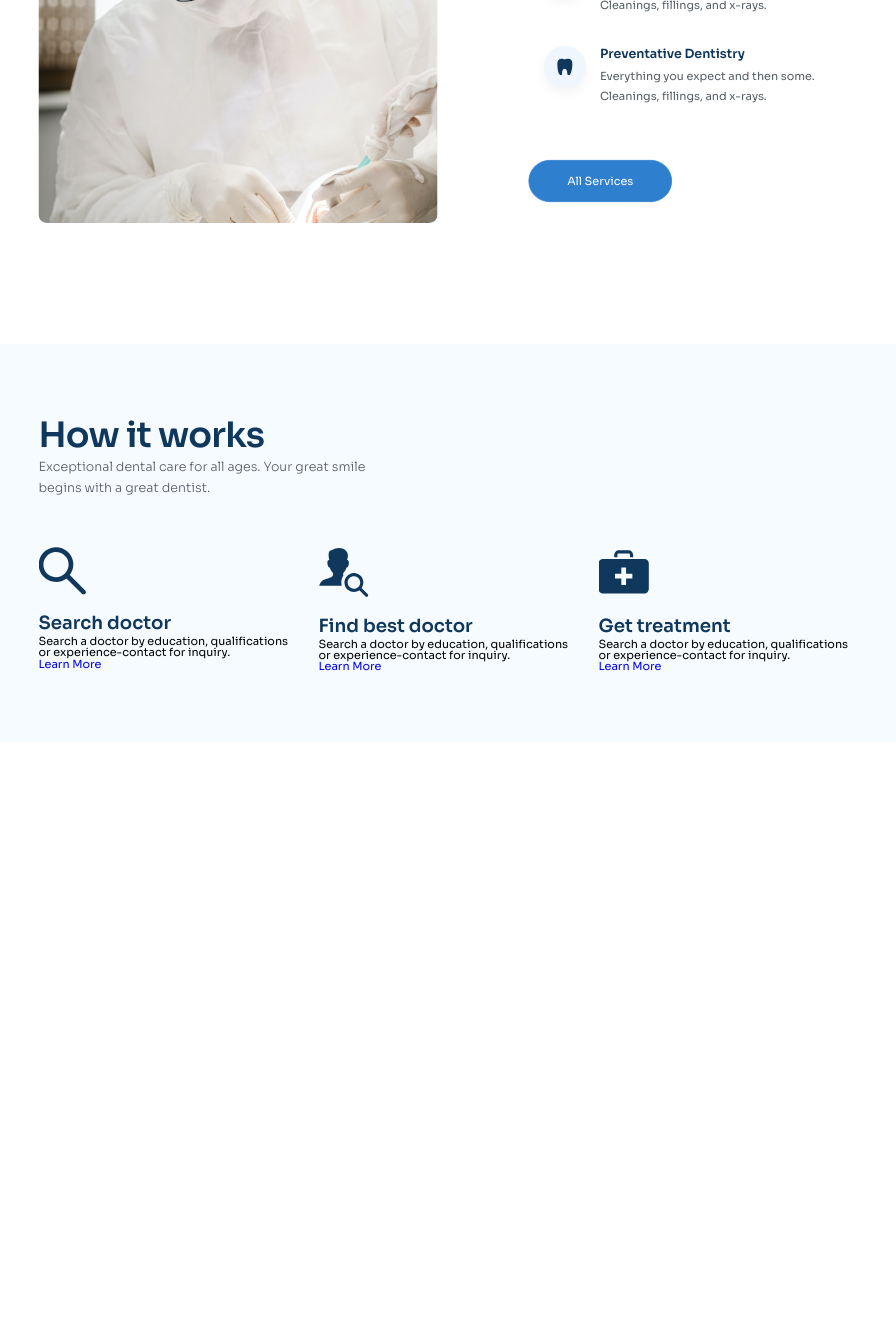
Repository: Tran-Dat/F8_Project_03
Page: index.html
The author's editor kept a copy of each file at every save. The page is drawn from the files as they stood at one save, then again after a run of saves.
The browser window is 1280 px wide. The pictures show the part of the page from y = 1411 to 3331 px (the page is 3800 px tall), at 70% of full size.

Above is the page before, as saved 2023-04-03 15:48:26.

After the next 2 saves:
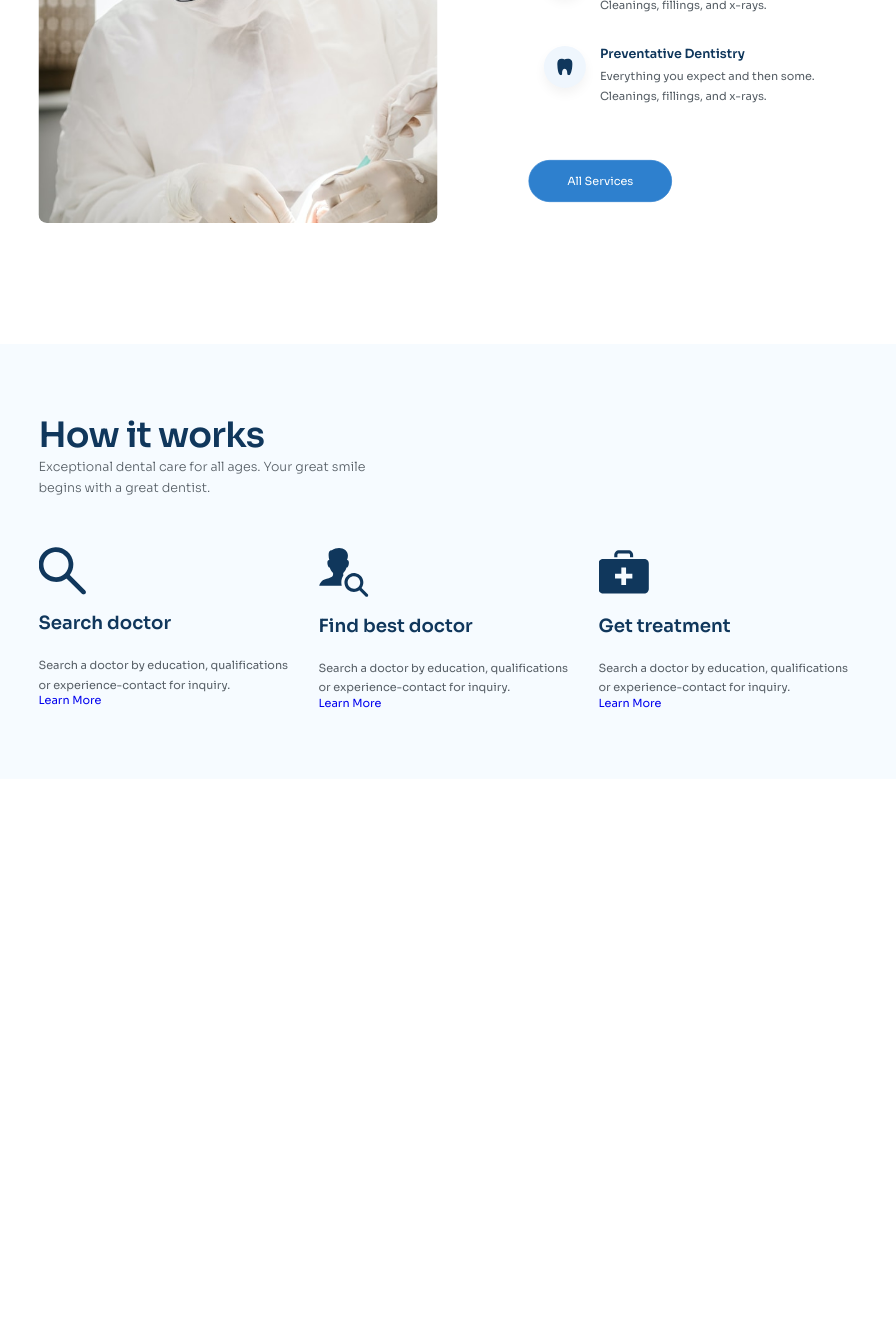
The 2 saves are shown as one change because they came seconds apart.
The last was saved 41 s later.
--- a/assets/css/style.css
+++ b/assets/css/style.css
@@ -353,3 +353,10 @@ a {
     line-height: 1.38;
     color: #10375c;
 }
+
+.work-item__desc {
+    margin-top: 28px;
+    font-size: 1.6rem;
+    line-height: 1.75;
+    color: #575f66;
+}
